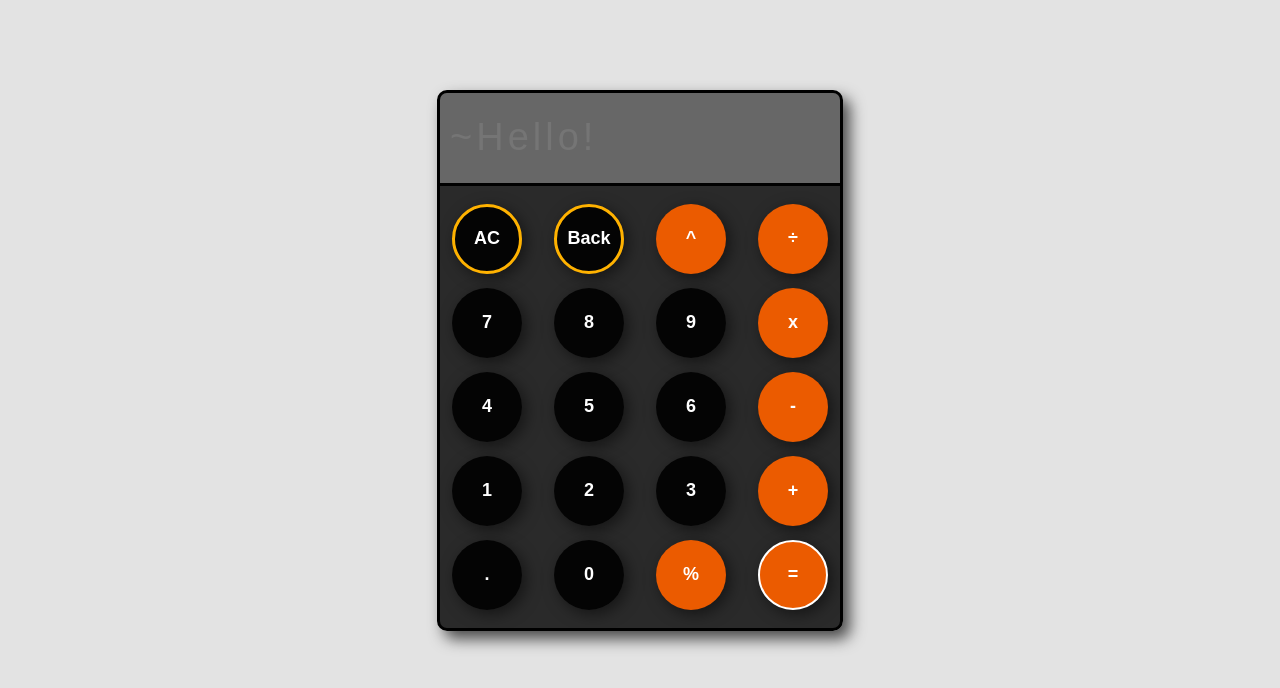
Repository: SakthivelDurai47/calculator
Page: index.html
An editor plug-in stored every save of this project. The page is shown before and after the next save, followed by the edit.
The browser window is 1280 px wide. The pictures show the whole page.

Above is the page before, as saved 2025-04-13 16:35:06.

After the next save:
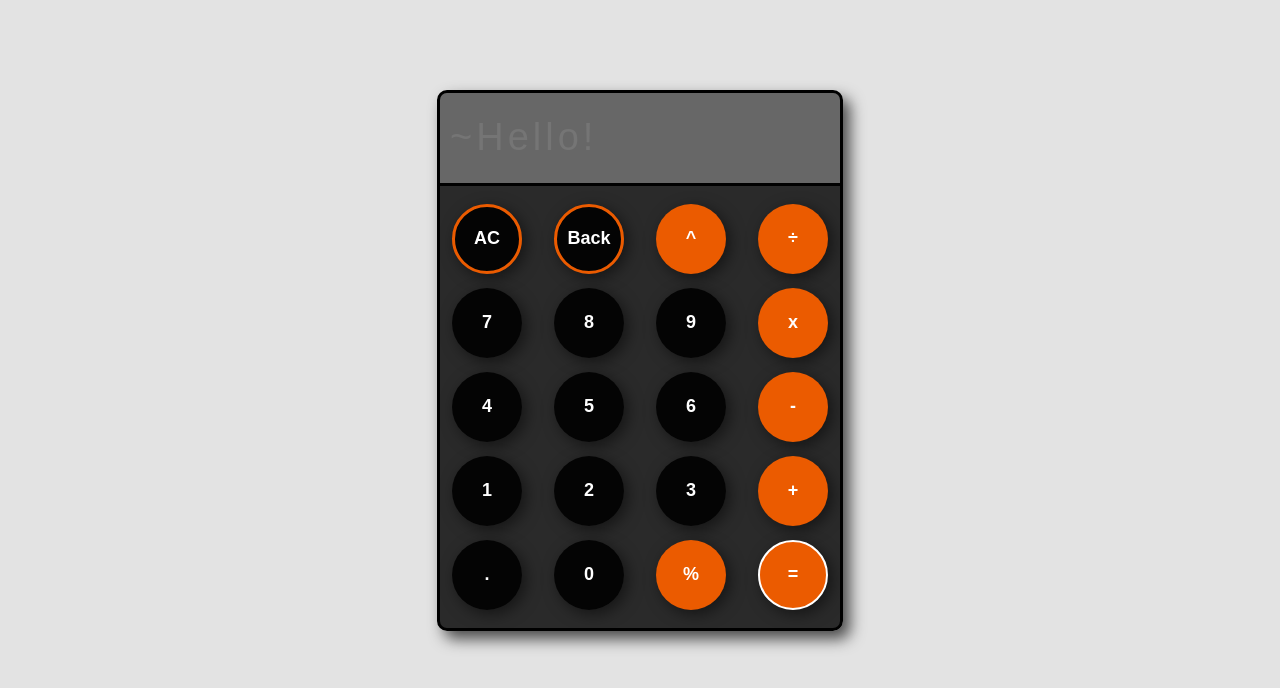
Saved 14 s later.
--- a/styles.css
+++ b/styles.css
@@ -35,7 +35,7 @@ button:active {
   background-color: rgba(255, 255, 255, 0.1);
 }
 .control {
-  border: 3px solid #ffb200;
+  border: 3px solid #eb5b00;
 }
 .operator {
   background-color: #eb5b00;
